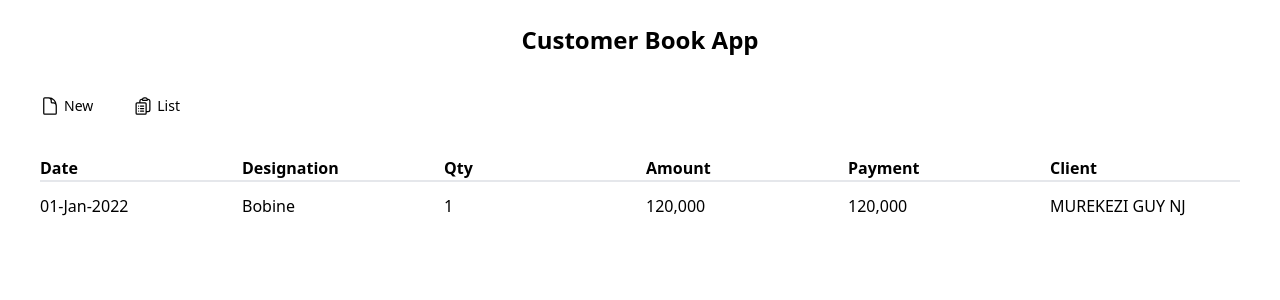
Repository: higirobruce/customerbookapp
Page: /
These files come from the project's save history. The page is drawn as it stood at one moment and after the next save; the edit follows.
The browser window is 1280 px wide. The pictures show the whole page.
The project was rebuilt for these pictures with package versions that can differ from the ones it lists, and the page was loaded fresh each time. The framework's server and built-in components were replaced by stand-ins that run in the browser. Also part of the build but not shown: next.config.js, components/layout/sidebar.js.

Above is the page before, as saved 2022-11-24 17:06:59.

### pages/index.js
import Head from "next/head";
import Image from "next/image";
import Sidebar from "../components/layout/sidebar";
import MainScreen from "../components/layout/mainScreen";

const Home = () => {
  return (
    <div className="flex min-h-screen flex-row">
      {/* <Sidebar /> */}
      <MainScreen />
    </div>
  );
};

export default Home;

### components/layout/mainScreen.js
import React, { useState } from "react";
import {
  DocumentIcon,
  ClipboardDocumentListIcon,
} from "@heroicons/react/24/outline";
import RecordsTable from "../common/records";

const records = [
  {
    date: "01-Jan-2022",
    designation: "Bobine",
    qty: "1",
    amount: "120,000",
    payment: "120,000",
    client: "MUREKEZI GUY NJ",
  },
];

export default function MainScreen() {
  let [viewPort, setViewPort] = useState("list");

  return (
    <div className="flex flex-col w-full pt-6 space-y-10">
      {/* header */}
      <div className="flex justify-center text-2xl font-semibold">
        Customer Book App
      </div>
      {/* Menu bar */}
      <div className="flex flex-row px-10 space-x-10">
        <div
          className="flex flex-row space-x-1 items-center cursor-pointer"
          onClick={() => setViewPort("new")}
        >
          <DocumentIcon className="h-5 w-5" />
          <div className="text-sm ">New</div>
        </div>

        <div
          className="flex flex-row space-x-1 items-center cursor-pointer"
          onClick={() => setViewPort("list")}
        >
          <ClipboardDocumentListIcon className="h-5 w-5" />
          <div className="text-sm ">List</div>
        </div>
      </div>
      {/* Body */}

      <div className="flex px-10 ">
        {viewPort === "list" && <RecordsTable data={records} />}
        {viewPort === "new" && <div>New</div>}
      </div>
    </div>
  );
}

### components/common/records.js
import React from 'react'

export default function RecordsTable({data}) {

  return (
    <div className='flex justify-center flex-col w-full'>
        <div className='grid grid-cols-6 gap-3 border-b-2 mb-3 text-base font-semibold'>
                <div>Date</div>
                <div>Designation</div>
                <div>Qty</div>
                <div>Amount</div>
                <div>Payment</div>
                <div>Client</div>
            </div>
        {data.map($=>{
            return <div className='grid grid-cols-6 gap-3'>
                <div>{$.date}</div>
                <div>{$.designation}</div>
                <div>{$.qty}</div>
                <div>{$.amount}</div>
                <div>{$.payment}</div>
                <div>{$.client}</div>
            </div>
        })}
    </div>
  )
}

Loaded but not shown: pages/_app.tsx (common file); styles/globals.css (common file); tailwind.config.js (common file)

After the next save:
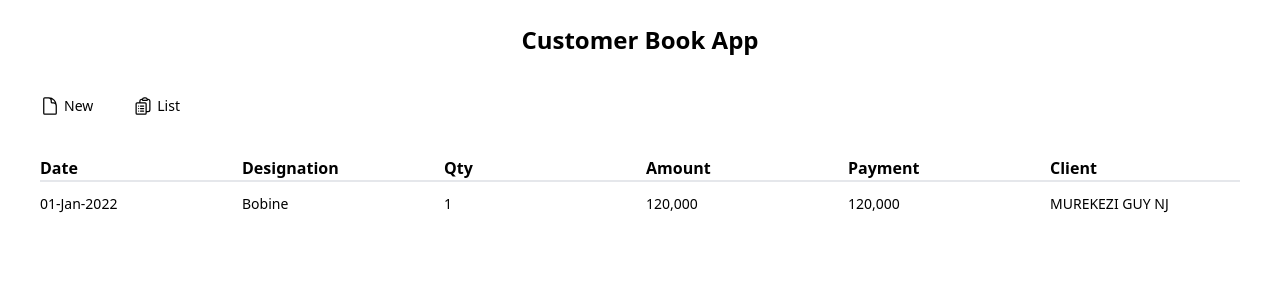
Saved 16 s later.
--- a/components/common/records.js
+++ b/components/common/records.js
@@ -13,7 +13,7 @@ export default function RecordsTable({data}) {
                 <div>Client</div>
             </div>
         {data.map($=>{
-            return <div className='grid grid-cols-6 gap-3'>
+            return <div className='grid grid-cols-6 text-sm gap-3'>
                 <div>{$.date}</div>
                 <div>{$.designation}</div>
                 <div>{$.qty}</div>
